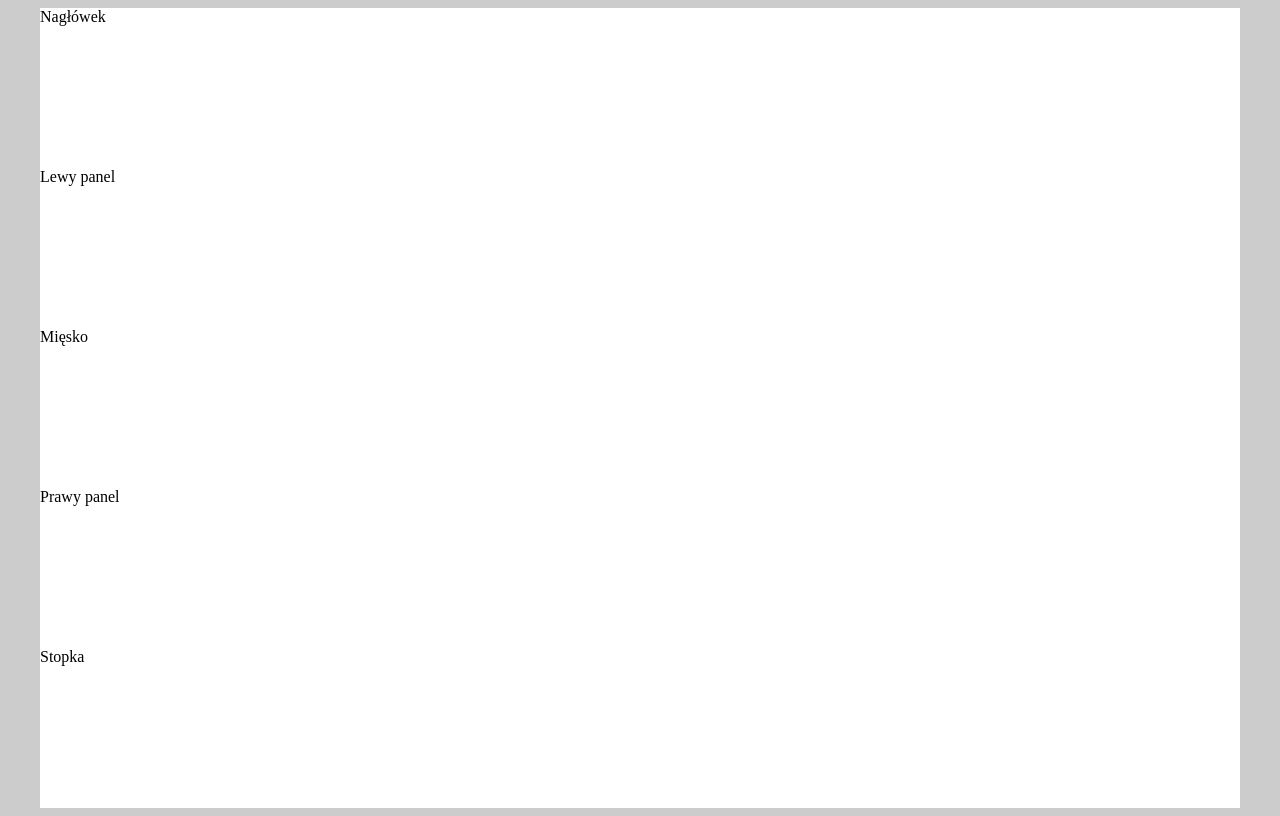
Repository: Gumiin/studia
Page: wykłady/14.04/index.html
An editor plug-in stored every save of this project. The page is shown before and after the next save, followed by the edit.
The browser window is 1280 px wide. The pictures show the whole page.

Above is the page before, as saved 2021-04-14 13:50:11.

### wykłady/14.04/index.html
<!DOCTYPE html>
<html lang="en">
<head>
    <meta charset="UTF-8">
    <meta http-equiv="X-UA-Compatible" content="IE=edge">
    <meta name="viewport" content="width=device-width, initial-scale=1.0">
    <link rel="stylesheet" href="style.css">
    <title>Document</title>
</head>
<body>
    <main>
        <header>Nagłówek</header>
        <aside>Lewy panel</aside>
        <article>Mięsko</article>
        <section>Prawy panel</section>
        <footer>Stopka</footer>
    </main>
</body>
</html>

### wykłady/14.04/style.css
body{
    background-color: #ccc;
}
Main{
    margin: 0 auto;
    background:#fff;
    width: 1200px;
    height: 800px;
    display: grid;
}

After the next save:
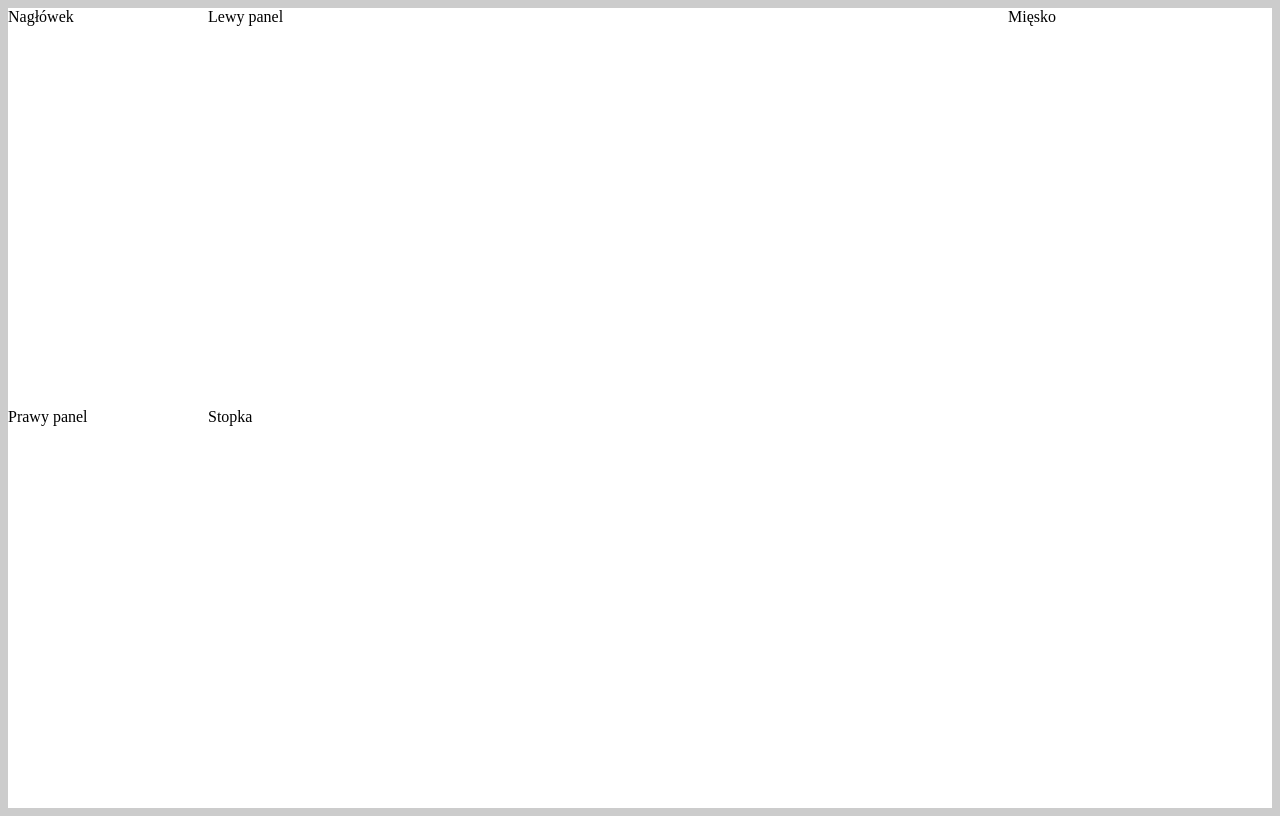
Saved 32 s later.
--- a/wykłady/14.04/style.css
+++ b/wykłady/14.04/style.css
@@ -4,7 +4,7 @@
 Main{
     margin: 0 auto;
     background:#fff;
-    width: 1200px;
     height: 800px;
     display: grid;
+    grid-template-columns: 200px 800px 200px;
 }
